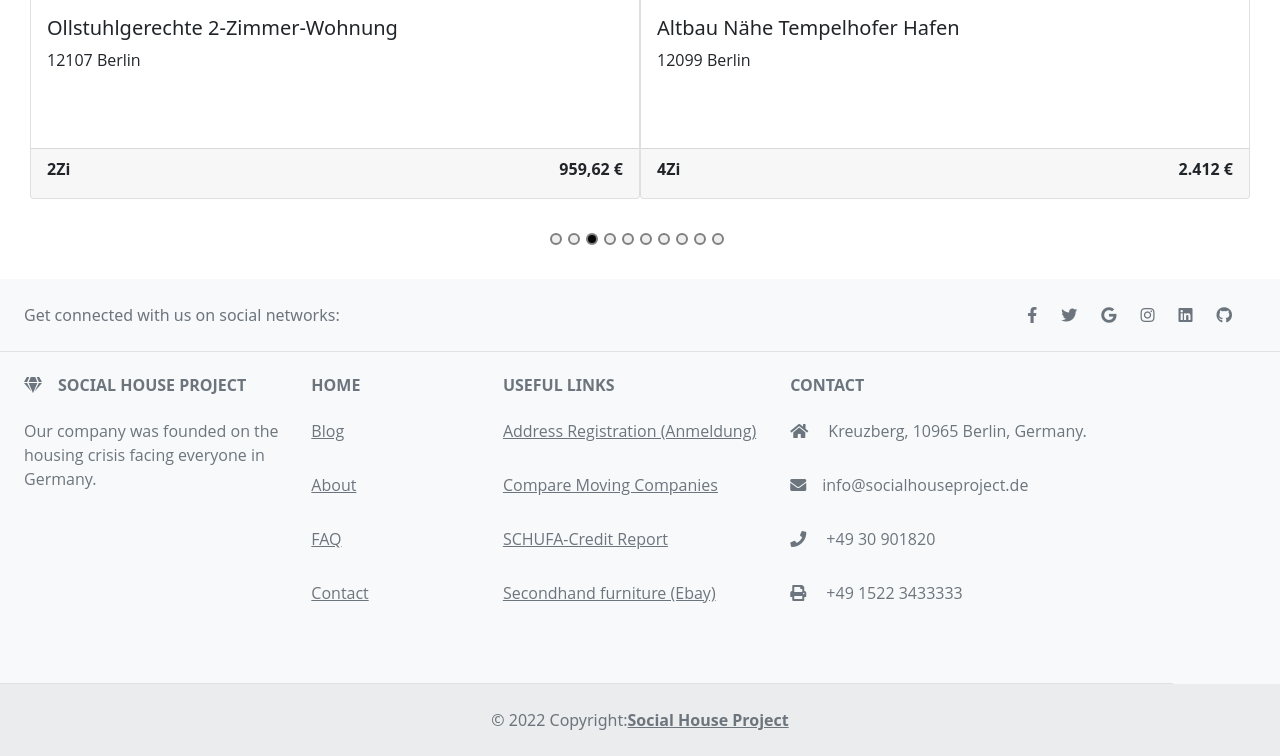
Repository: esrkkn/SocialHouseProject
Page: / (app in client/)
The author's editor kept a copy of each file at every save. The page is drawn from the files as they stood at one save, then again after the next save.
The browser window is 1280 px wide. The pictures show the part of the page from y = 1015 to 1771 px (the page is 1771 px tall).
Backgrounds fixed to the window are drawn as part of the page. The project was rebuilt for these pictures with package versions that can differ from the ones it lists, and the page was loaded fresh each time. Also part of the build but not shown: client/src/components/Profile/CreatePost.css, client/src/components/Profile/CreatePost.jsx, client/src/components/Login/LoginPage.css, client/src/components/Login/LoginPage.jsx, client/src/components/Register/Register.css, client/src/components/Register/Register.jsx, client/src/components/Ads/Ads.jsx, client/src/App.css and 2 more. Imported but missing from the stored project, and not drawn on this page: client/src/components/HouseList/HouseList.

Above is the page before, as saved 2022-03-17 13:07:06.

### client/src/index.js
import React from 'react';
import ReactDOM from 'react-dom';
import './index.css';
import { BrowserRouter } from 'react-router-dom';
import SocialHouseContextProvider from './Context';
import Routes from './Routes';
import Header from "./components/Header/Header"
import Footer from "./components/Footer/Footer"


ReactDOM.render(
		<SocialHouseContextProvider>
        <BrowserRouter>
      <Header />
			<Routes />
      <Footer />
      </BrowserRouter>

		</SocialHouseContextProvider>,
  document.getElementById('root')
);

### client/src/Context.jsx
import { useEffect } from "react";
import { createContext, useState } from "react";

export const SocialHouseContext = createContext();

export default function SocialHouseContextProvider({ children }) {
  const [image, setImage] = useState(null);
  const [userData, setUserData] = useState(null);

  console.log("userData in context is", userData);
  useEffect(() => {
    if (userData) {
      sessionStorage.setItem("userData", JSON.stringify(userData));
    }
  }, [userData]);

  useEffect(() => {
    const userData = sessionStorage.getItem("userData");
    if (userData) {
      setUserData(JSON.parse(userData));
    }
  }, []);

  return (
    <SocialHouseContext.Provider value={{  image, setImage, userData, setUserData }}>
      {children}
    </SocialHouseContext.Provider>
  );
}

### client/src/Routes.js
import React from "react";
import Carousel from "./components/Home/Carousel";
import { Route, Switch } from "react-router-dom";
import CreatePost from "./components/Profile/CreatePost";
import LoginPage from "./components/Login/LoginPage";
import HouseList from "./components/HouseList/HouseList"
import Register from "./components/Register/Register"
import Ads from "./components/Ads/Ads";
import "./App.css"
import Account from "./components/Account/Account";
export default function Routes() {
  return (
    <Switch>
      <Route exact path="/" render={(props) => <Carousel {...props} />} />
      <Route exact path="houses" render={(props) => <HouseList {...props} />} />
      <Route exact path="/post" render={(props) => <CreatePost {...props} />} />
      <Route exact path="/login" render={(props) => <LoginPage {...props} />} />
      <Route exact path="/register" render={(props) => <Register {...props} />} />
      <Route exact path="/ads" render={(props) => <Ads {...props} />} />
      <Route exact path="/account" render={(props) => <Account {...props} />} />


      <Route component={Unknown} />
    </Switch>
  );
}
function Unknown() {
  return <div>Error 404 page doesn't exist</div>;
}

### client/src/components/Header/Header.jsx
import React from "react";
import {
  MDBNavbar,
  MDBNavbarNav,
  MDBNavbarItem,
  MDBNavbarLink,
  MDBNavbarToggler,
  MDBContainer,
  MDBIcon,
} from "mdb-react-ui-kit";
import "bootstrap/dist/css/bootstrap.min.css";
import "./Header.css";
import { FcKey } from "react-icons/fc";
import { NavLink } from "react-router-dom";

const spacerStyle = {
  flex: "0.7",
};

export default function App() {
  return (
    <header className="text-center bg-image">
      <MDBNavbar expand="lg" light bgColor="white" sticky className="navbarExample02">
        <MDBContainer fluid>
          <MDBNavbarToggler aria-controls="navbarExample01" aria-expanded="false" aria-label="Toggle navigation">
            <MDBIcon fas icon="bars" />
          </MDBNavbarToggler>
          <div className="collapse navbar-collapse" id="navbarExample01">
            <MDBNavbarNav right className="mb-2 mb-lg-0">
              <MDBNavbarItem active>
                <MDBNavbarLink aria-current="page" href="/">
                  <h5 className="logo">
                    <FcKey style={{ fontSize: 30 }} />
                    SocialHouse<span>Project</span>
                  </h5>
                </MDBNavbarLink>
              </MDBNavbarItem>
              <MDBNavbarItem active>
                <MDBNavbarLink aria-current="page" href="/">
                  Home
                </MDBNavbarLink>
              </MDBNavbarItem>
              <MDBNavbarItem>
                <MDBNavbarLink href=""><NavLink to="/ads">Ads</NavLink></MDBNavbarLink>
              </MDBNavbarItem>

              <div style={spacerStyle}></div>
              <MDBNavbarItem>
                <MDBNavbarLink href="#">
                  <NavLink to="/post">Create Post</NavLink>
                </MDBNavbarLink>
              </MDBNavbarItem>
              <MDBNavbarItem>
                <MDBNavbarLink href="#">
                  <NavLink to="/register">Register</NavLink>
                </MDBNavbarLink>
              </MDBNavbarItem>
              <MDBNavbarItem>
                <MDBNavbarLink href="#">
                  <NavLink to="/login"> LogIn</NavLink>
                </MDBNavbarLink>
              </MDBNavbarItem>
            </MDBNavbarNav>
          </div>
        </MDBContainer>
      </MDBNavbar>
    </header>
  );
}

### client/src/components/Footer/Footer.jsx
import React from 'react';
import { MDBFooter } from 'mdb-react-ui-kit';

export default function Footer() {
  return (
    <MDBFooter bgColor='light' className='text-center text-lg-start text-muted'>
      <section className='d-flex justify-content-center justify-content-lg-between p-4 border-bottom'>
        <div className='me-5 d-none d-lg-block'>
          <span>Get connected with us on social networks:</span>
        </div>

        <div>
          <a href='' className='me-4 text-reset'>
            <i className='fab fa-facebook-f'></i>
          </a>
          <a href='' className='me-4 text-reset'>
            <i className='fab fa-twitter'></i>
          </a>
          <a href='' className='me-4 text-reset'>
            <i className='fab fa-google'></i>
          </a>
          <a href='' className='me-4 text-reset'>
            <i className='fab fa-instagram'></i>
          </a>
          <a href='' className='me-4 text-reset'>
            <i className='fab fa-linkedin'></i>
          </a>
          <a href='' className='me-4 text-reset'>
            <i className='fab fa-github'></i>
          </a>
        </div>
      </section>

      <section className=''>
        <div className='d-flex justify-content-center justify-content-lg-between p-4 border-bottom col-xl-11 '>
          <div className='row'>
            <div className='col-md-3 col-lg-4 col-xl-3 mx-auto mb-4'>
              <h6 className='text-uppercase fw-bold mb-4'>
                <i className='fas fa-gem me-3'></i>Social House Project
              </h6>
              <p>
                Our company was founded on the housing crisis facing everyone in Germany.
              </p>
            </div>

            <div className='col-md-2 col-lg-2 col-xl-2 mx-auto mb-4'>
              <h6 className='text-uppercase fw-bold mb-4'>Home</h6>
              <p>
                <a href='#!' className='text-reset'>
                  Blog
                </a>
              </p>

              <p>
                <a href='#!' className='text-reset'>
                  About
                </a>
              </p>
              <p>
                <a href='#!' className='text-reset'>
                FAQ
                </a>
              </p>
              <p>
                <a href='#!' className='text-reset'>
               Contact
                </a>
              </p>
            </div>

            <div className='col-md-3 col-lg-2 col-xl-3 mx-auto mb-4'>
              <h6 className='text-uppercase fw-bold mb-4'>Useful links</h6>
              <p>
                <a href='https://service.berlin.de/dienstleistung/120686/' className='text-reset'>
                Address Registration (Anmeldung)
                </a>
              </p>
              <p>
                <a href='https://www.umzugspreisvergleich.de/' className='text-reset'>
                  Compare Moving Companies
                </a>
              </p>
              <p>
                <a href='https://www.meineschufa.de/de/' className='text-reset'>
                  SCHUFA-Credit Report
                </a>
              </p>
              <p>
                <a href='https://www.ebay-kleinanzeigen.de/stadt/berlin/' className='text-reset'>
                Secondhand furniture (Ebay)
                </a>
              </p>
            </div>

            <div className='col-md-4 col-lg-3 col-xl-4 mx-auto mb-md-0 mb-4'>
              <h6 className='text-uppercase fw-bold mb-4'>Contact</h6>
              <p>
                <i className='fas fa-home me-3'></i> Kreuzberg, 10965 Berlin, Germany.
              </p>
              <p>
                <i className='fas fa-envelope me-3'></i>
                info@socialhouseproject.de
              </p>
              <p>
                <i className='fas fa-phone me-3'></i> +49 30 901820
              </p>
              <p>
                <i className='fas fa-print me-3'></i> +49 1522 3433333
              </p>
            </div>
          </div>
        </div>
      </section>

      <div className='text-center p-4' style={{ backgroundColor: 'rgba(0, 0, 0, 0.05)' }}>
        © 2022 Copyright:
        <a className='text-reset fw-bold' href='/'>
         Social House Project
        </a>
      </div>
    </MDBFooter>
  );
}

### client/src/components/Home/Carousel.jsx
import React from "react";
import Carousel from "react-multi-carousel";
import "react-multi-carousel/lib/styles.css";
import "./Carousel.css"
import "bootstrap/dist/css/bootstrap.min.css";
import "../Header/Header.css";
import Card from 'react-bootstrap/Card'
import { Link } from "react-router-dom/cjs/react-router-dom.min";


export default function Main({ deviceType }) {


  const responsive = {
    desktop: {
      breakpoint: { max: 3000, min: 1024 },
      items: 5,
      partialVisible: 60
    },
    tablet: {
      breakpoint: { max: 1024, min: 464 },
      items: 2,
      partialVisible: 50
    },
    mobile: {
      breakpoint: { max: 464, min: 0 },
      items: 1,
      partialVisible: 30
    }
  };
  const images = [
    {
      image:
        "https://pictures.immobilienscout24.de/listings/45e13084-4458-4ed7-9cbd-8c9bada4356b-1366656681.jpg/ORIG/legacy_thumbnail/1024x768/format/webp/quality/73",
      text: "Möblierte Wohnung, Tram um die Ecke",
      address: "12489 Berlin",
      room: "2Zi",
      price: "1.590 €"
    },{
      image:
        "https://pictures.immobilienscout24.de/listings/c7e8b81d-d951-4167-b7f9-7784369c4870-1508195504.jpg/ORIG/legacy_thumbnail/1024x768/format/webp/quality/73",
      text: "Wohnung für Interessenten,die Hand anlegen",
      address: "12459 Berlin",
      room: "3Zi",
      price: "613,33 €"
    },{
      image:
        "https://pictures.immobilienscout24.de/listings/031efc9d-9d04-48c2-8693-58c1b2712a15-1508203662.jpg/ORIG/legacy_thumbnail/1024x768/format/webp/quality/73",
      text: "Ollstuhlgerechte 2-Zimmer-Wohnung",
      address: "12107 Berlin",
      room: "2Zi",
      price: "959,62 € "
    },{
      image:
        "https://pictures.immobilienscout24.de/listings/aa94b0f5-6b9e-4245-b2da-8098e13a7faf-1508197941.jpeg/ORIG/legacy_thumbnail/1024x768/format/webp/quality/73",
      text: "Altbau Nähe Tempelhofer Hafen",
      address: "12099 Berlin",
      room: "4Zi",
      price: "2.412 € "
    },{
      image:
        "https://pictures.immobilienscout24.de/listings/1d93e091-0324-42ae-b816-f9c92dea9345-1508065319.jpg/ORIG/legacy_thumbnail/1024x768/format/webp/quality/73",
      text: "1-Zimmer-Wohnung lädt zum Entspannen ein!",
      address: "12689 Berlin",
      room: "1Zi",
      price: "487 €"
    },{
      image:
        "https://pictures.immobilienscout24.de/listings/f68270dd-fac1-4df3-b5a0-e70dfe4b5391-1502327743.jpg/ORIG/legacy_thumbnail/1024x768/format/webp/quality/73",
      text: "3 Zimmer Wohnung mit Balkon",
      address: "22083 Hamburg",
      room: "3Zi",
      price: "1.950 € "
    },
    {
      image:
        "https://pictures.immobilienscout24.de/listings/4a741a27-fb8d-4002-8f05-a48f70889737-1507977573.jpeg/ORIG/legacy_thumbnail/1024x768/format/webp/quality/73",
      text: "Stylisch Wohnen mitten in Eppendorf",
      address: "20251 Hamburg",
      room: "1Zi",
      price: "850 €"
    },
    {
      image:
        "https://pictures.immobilienscout24.de/listings/8283fe0a-e2c2-4e4c-b3c3-4960d82bea2f-1295816138.jpg/ORIG/legacy_thumbnail/1024x768/format/webp/quality/73",
      text: "STADTVILLA stilvolles Ambiente im Herzen",
      address: "22415 Hamburg",
      room: "3Zi",
      price: "1.500 €"
    },
    {
      image:
        "https://pictures.immobilienscout24.de/listings/965b9498-a778-46c4-baa7-2b096ba44510-1397230927.jpeg/ORIG/legacy_thumbnail/1024x768/format/webp/quality/73",
      text: "STACEY | Co-Living Mühlenkamp",
      address: "22301 Hamburg",
      room: "1Zi",
      price: "900 €"
    },
    {
      image:
        "https://pictures.immobilienscout24.de/listings/b1fe9f88-7250-4a6b-8b88-32455319479c-1447567057.jpg/ORIG/legacy_thumbnail/1024x768/format/webp/quality/73",
      text: "2 Zimmer, Einbauküche und Duschbad",
      address: "22307 Hamburg",
      room: "2Zi",
      price: "882,71 €"
    }
  ];

    return (
    <><header
      className="p-5 text-center bg-image header"
      style={{
        width: "100%",
        height: "95vh",
        backgroundSize: "cover",
        backgroundRepeat: "no-repeat",
      }}
    >
      <div className="d-flex justify-content-center align-items-center h-100">
        <div
          className="mask"
          style={{ backgroundColor: "rgba(0, 0, 0, 0.3)" }}
        >
          <div className="nine">
            <h1 className="mb-3">
              Welcome to Social House Project
              <span className="mb-3">
                Discover & Connect & Share over Housing
              </span>
            </h1>
            <Link to="/ads"><button className="btn btn-outline-light btn-lg">
              Find Your House, Now!
            </button></Link>
          </div>
        </div>
      </div>
    </header>
      <Carousel className="carouselcontainer"
      focusOnSelect={true}
      partialVisible={true}
      swipeable={false}
      draggable={false}
      showDots={true}
      responsive={responsive}
      ssr={true}
      infinite={true}
      autoPlay={deviceType !== "mobile" ? true : false}
      autoPlaySpeed={2000}
      keyBoardControl={true}
      customTransition="all .5"
      transitionDuration={900}
      containerClass="carousel-container"
      removeArrowOnDeviceType={["tablet", "mobile"]}
      deviceType={deviceType}
      dotListClass="custom-dot-list-style"
      itemClass="carousel-item-padding-40-px"

      >
        {images.map((item, index) =>{
          return (
            <Card key={index} className="cardcontainer">
            <Card.Img variant="top" src={item.image} className="one" />
            <Card.Body >
              <Card.Title >{item.text} </Card.Title>
              <Card.Text className="two">
              {item.address}
              </Card.Text>
            </Card.Body>
            <Card.Footer className="three">

            <span >{item.room}</span>

              <span>{item.price}</span>
            </Card.Footer>
          </Card>
          );
        })}
      </Carousel></>
    );
}

### client/src/components/Header/Header.css
*{padding: 0; margin: 0; box-sizing: border-box;}
body{height: 100vh;
    -ms-overflow-style: none; /* for Internet Explorer, Edge */
    scrollbar-width: none; /* for Firefox */
    overflow-y: scroll;}
body::-webkit-scrollbar {
    display: none;}

header {
	background: url('https://www.studentenwerk-potsdam.de/fileadmin/user_upload/Dateien/Header/Wohnen/wfh-header-neu1.jpg');
	text-align: center;
	overflow: hidden;
	background-size: cover;
	background-attachment: fixed;
    background-position: bottom;
	position: relative;
	overflow: hidden;
	border-radius: 0 0 85% 85% / 30%;
}
header .overlay{
	width: 100%;
	height: 100%;
	padding: 50px;
	color: #FFF;
	text-shadow: 1px 1px 1px #333;
  background-image: linear-gradient( 135deg, #9f05ff69 10%, #fd5e086b 100%);

}
.navbarExample02{
    position: fixed;
    width: 100%;
    height: 5rem;
}
.navbar-nav{
    font-size: larger;
    display: flex;
    justify-content: space-evenly;
}
h1 {
	font-size: 80px;
	margin-bottom: 30px;
}

h3, p {
	font-family: 'Open Sans', sans-serif;
	margin-bottom: 30px;
}
.mask{
width: 100%;
height: 250px;
padding: 20px;

}
.logo{
    color:#585757 ;
    margin: 2px;

}
.logo span{
    color: lightseagreen;

}
/* button {
	border: none;
	outline: none;
	padding: 10px 20px;
	border-radius: 50px;
	color: #333;
	background: #fff;
	margin-bottom: 50px;
	box-shadow: 0 3px 20px 0 #0000003b;
}
button:hover{
	cursor: pointer;
} */
.nine h1 {
    text-align:center; font-size:50px; text-transform:uppercase; color:rgb(255, 255, 255); letter-spacing:1px;
    font-family:"Playfair Display", serif; font-weight:400;
  }
  .nine h1 span {
    margin-top: 5px;
      font-size:15px; color:rgb(255, 255, 255); word-spacing:1px; font-weight:normal; letter-spacing:2px;
      text-transform: uppercase; font-family:"Raleway", sans-serif; font-weight:500;

      display: grid;
      grid-template-columns: 1fr max-content 1fr;
      grid-template-rows: 27px 0;
      grid-gap: 20px;
      align-items: center;
  }

  .nine h1 span:after,.nine h1 span:before {
      content: " ";
      display: block;
      border-bottom: 1px solid #ccc;
      border-top: 1px solid #ccc;
      height: 5px;
    background-color:#f8f8f8;
  }

### client/src/components/Home/Carousel.css
.one{
width: 330px;
height: 300px;
}
.two{
    width: 100%;
    height: 100%;
}
.three{
    width: 100%;
    height: 50px;
    display: flex;
    justify-content: space-between;
    font-weight: bold;

}

.cardcontainer{
    width: 100%;
    height: 500px;
    margin-bottom: 50px;


}

.react-multiple-carousel__arrow{
    top: 30%!important
}
.carouselcontainer{
    margin: 30px;

    height: 100%;
}

Loaded but not shown: client/public/index.html (common file); client/src/index.css (common file)

After the next save:
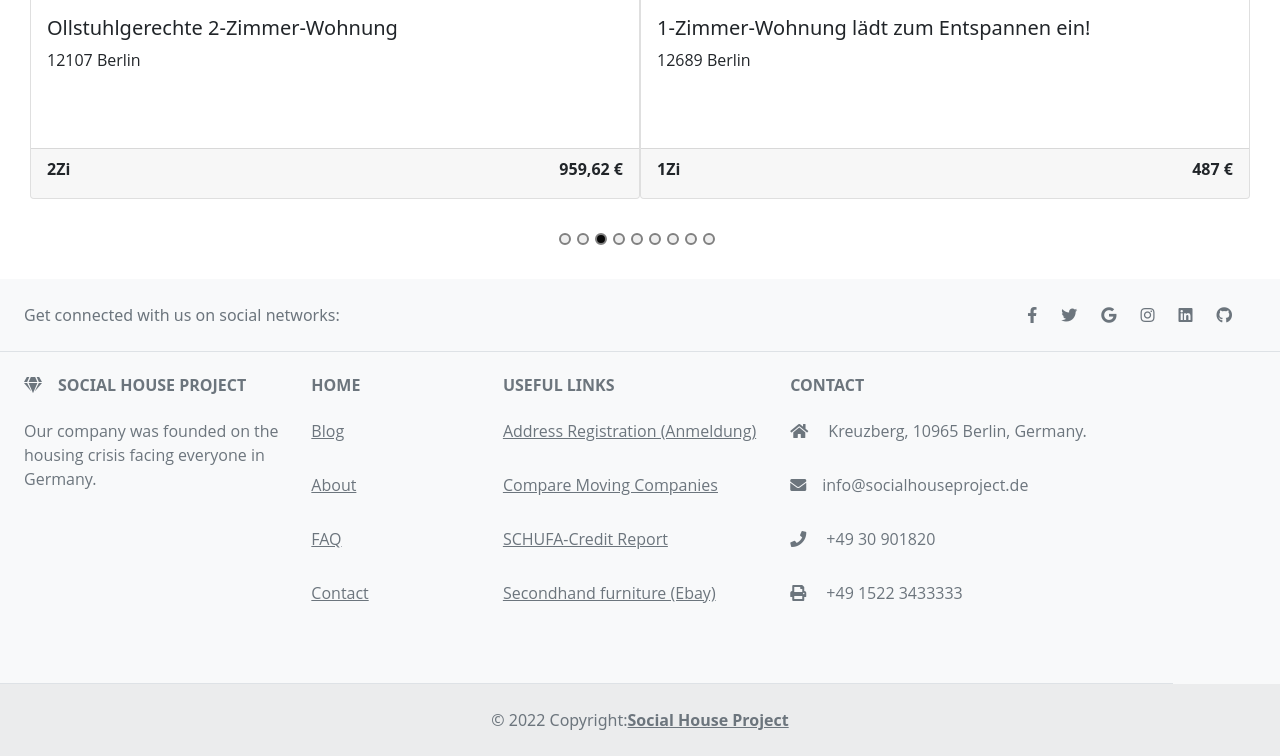
Saved 39 s later.
--- a/client/src/components/Home/Carousel.jsx
+++ b/client/src/components/Home/Carousel.jsx
@@ -50,13 +50,6 @@ export default function Main({ deviceType }) {
       address: "12107 Berlin",
       room: "2Zi",
       price: "959,62 € "
-    },{
-      image:
-        "https://pictures.immobilienscout24.de/listings/aa94b0f5-6b9e-4245-b2da-8098e13a7faf-1508197941.jpeg/ORIG/legacy_thumbnail/1024x768/format/webp/quality/73",
-      text: "Altbau Nähe Tempelhofer Hafen",
-      address: "12099 Berlin",
-      room: "4Zi",
-      price: "2.412 € "
     },{
       image:
         "https://pictures.immobilienscout24.de/listings/1d93e091-0324-42ae-b816-f9c92dea9345-1508065319.jpg/ORIG/legacy_thumbnail/1024x768/format/webp/quality/73",
